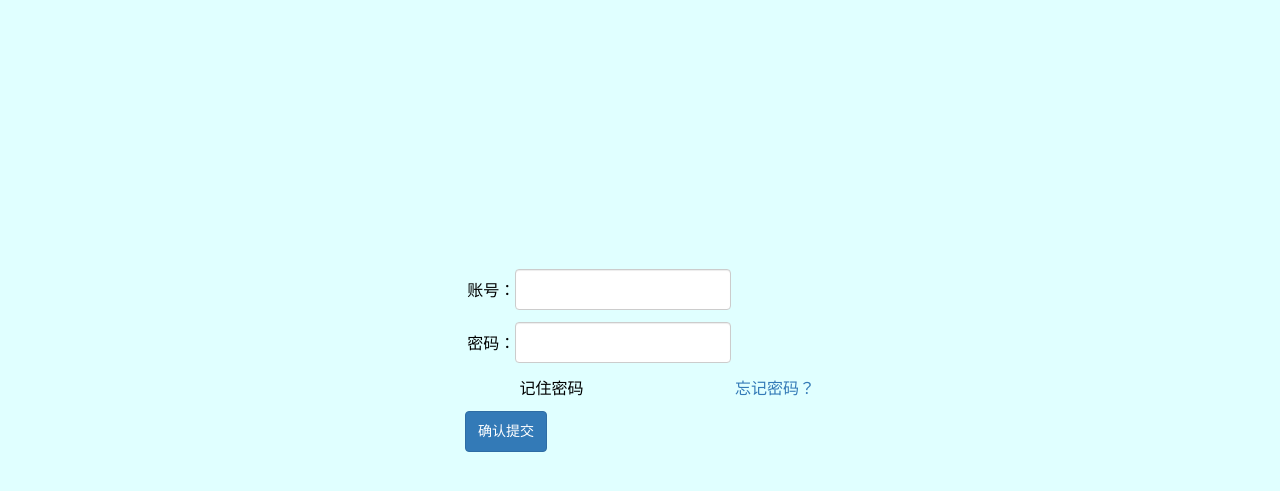
Repository: DeeFromChina/wechat
Page: http://localhost/wechat/jsp/login/login.jsp
The author's editor kept a copy of each file at every save. The page is drawn from the files as they stood at one save, then again after the next save.
The browser window is 1280 px wide. The pictures show the whole page.
The page is served by Tomcat 9.

Above is the page before, as saved 2018-02-12 07:28:21.

After the next save:
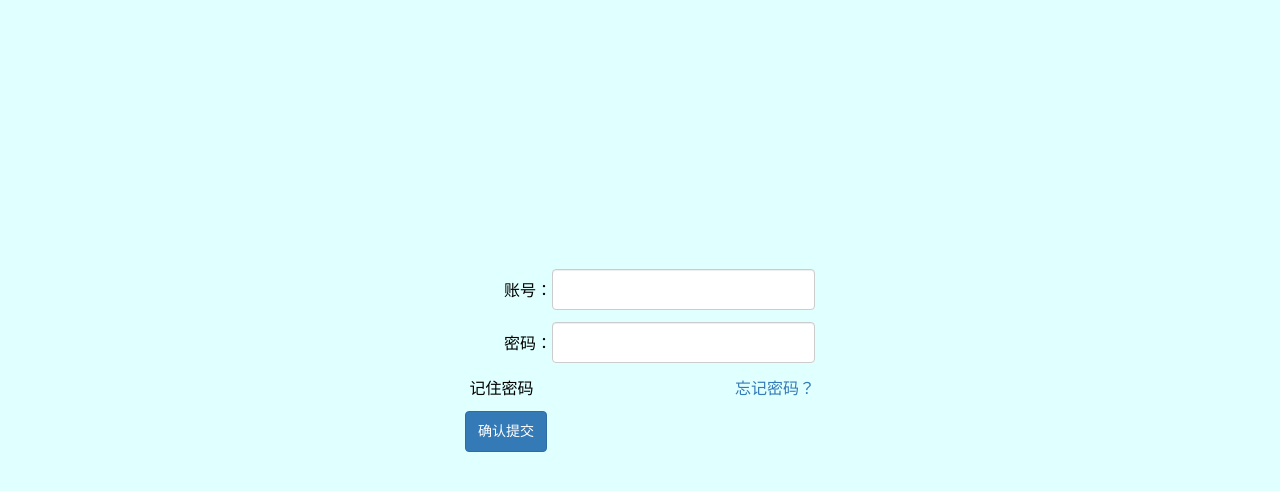
Saved 67 s later.
--- a/wechat/web/jsp/login/login.jsp
+++ b/wechat/web/jsp/login/login.jsp
@@ -34,18 +34,16 @@
 				</td>
 			</tr>
 			<tr>
-				<td>
 				<td class="textL">
 					<input type="hidden" id="remeberId" value="1" />
 					<img id="remeber" class="remeberImg" onclick="changeRemeber()" />
 					<font class="font-14 color9A9A9A">记住密码</font>
 				</td>
 				<td class="textR paddingRight19">
-					<a onclick="javascipt:top.location.href='check_email1.jsp'" class="font-14 color00B38A hand">
+					<a onclick="" class="font-14 color00B38A hand">
 						忘记密码？
 					</a>
 				</td>
-				<td/>
 			</tr>
 			<tr>
 				<td colspan="2">
